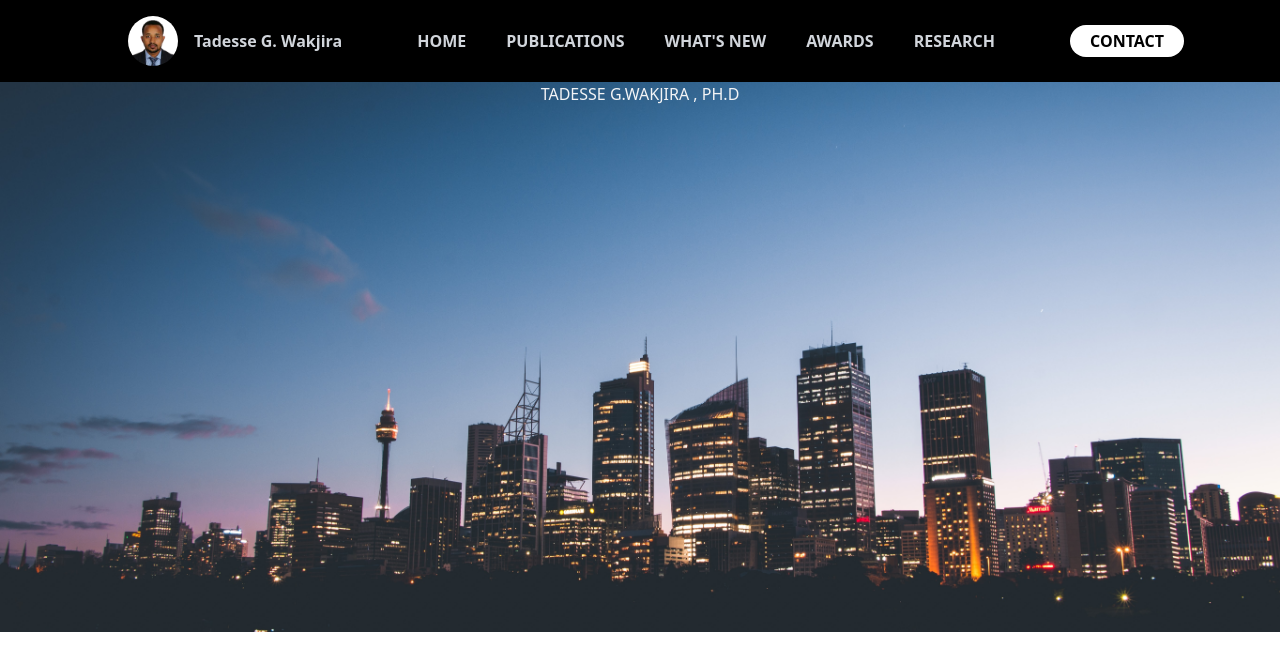
Repository: Elias-Kibret/Tade-portfoilo
Page: /
These files come from the project's save history. The page is drawn as it stood at one moment and after a run of saves; the edit follows.
The browser window is 1280 px wide. The pictures show the whole page.
The project was rebuilt for these pictures with package versions that can differ from the ones it lists, and the page was loaded fresh each time. The framework's server and built-in components were replaced by stand-ins that run in the browser. Also part of the build but not shown: next.config.js.

Above is the page before, as saved 2022-06-28 00:33:06.

### pages/index.tsx
import type { NextPage } from 'next'
import Head from 'next/head'
import Image from 'next/image'
import Header from '../components/Header'
import Hero from '../components/Hero'
const Home: NextPage = () => {
  return (
    <div>
      <Head>
        <title>Create Next App</title>
        <link rel="icon" href="/favicon.ico" />
      </Head>
      <Header/>
      <Hero/>
    </div>
  )
}

export default Home

### styles/globals.css
@tailwind base;
@tailwind components;
@tailwind utilities;

.hero{
    width:100%;
   height: 550px;
    background-image: url('../public/Img/BG.jpg');
    background-size: cover;
    background-position: center;

}

### components/Header.tsx
import Head from "next/head"
import Link from "next/link"
import Image from "next/image"
import Logo from '../public/Img/Tadesse.png'
const Header = () => {
  return (
<header className=" bg-black font-semibold  pl-32 py-4 text-gray-300  ">
   <div className="flex justify-between items-center">
      <div className="flex items-center space-x-4">
    <Image src={Logo}   className="rounded-full" width={50} height={50}/>
    <span>Tadesse G. Wakjira</span>
      </div>
      <div className="flex justify-between">
        <nav className="flex list-none space-x-10  hidden md:inline-flex text-black-200">
            <li >
                <Link href="">
                    <a> HOME</a>
                </Link>
            </li>
            <li>
                <Link href="">
                    <a> PUBLICATIONS <span></span></a>
                </Link>
            </li>
            <li>
                <Link href="">
                    <a> WHAT'S NEW</a>
                </Link>
            </li>
            <li>
                <Link href="">
                    <a> AWARDS</a>
                </Link>
            </li>
            <li>
                <Link href="">
                    <a> RESEARCH</a>
                </Link>
            </li>

        </nav>

      </div>
      <div className="mr-24 bg-white text-black px-5 py-1  rounded-full">
        <Link href=""  >
                    <a> CONTACT</a>
                </Link>
        </div>
    </div>
</header>
  )
}

export default Header

### components/Hero.tsx
import heroImage from '../public/Img/Hr.png'
import Image from 'next/image'
const Hero = () => {
  return (
<main  >
<div className='hero w'>

<div className='text-gray-100 flex justify-center items-center'>
  <h1></h1>
  <h2>TADESSE G.WAKJIRA , PH.D</h2>
</div>
</div>
</main>
  )
}

export default Hero

Loaded but not shown: pages/_app.tsx (common file); tailwind.config.js (common file)

After the next 2 saves:
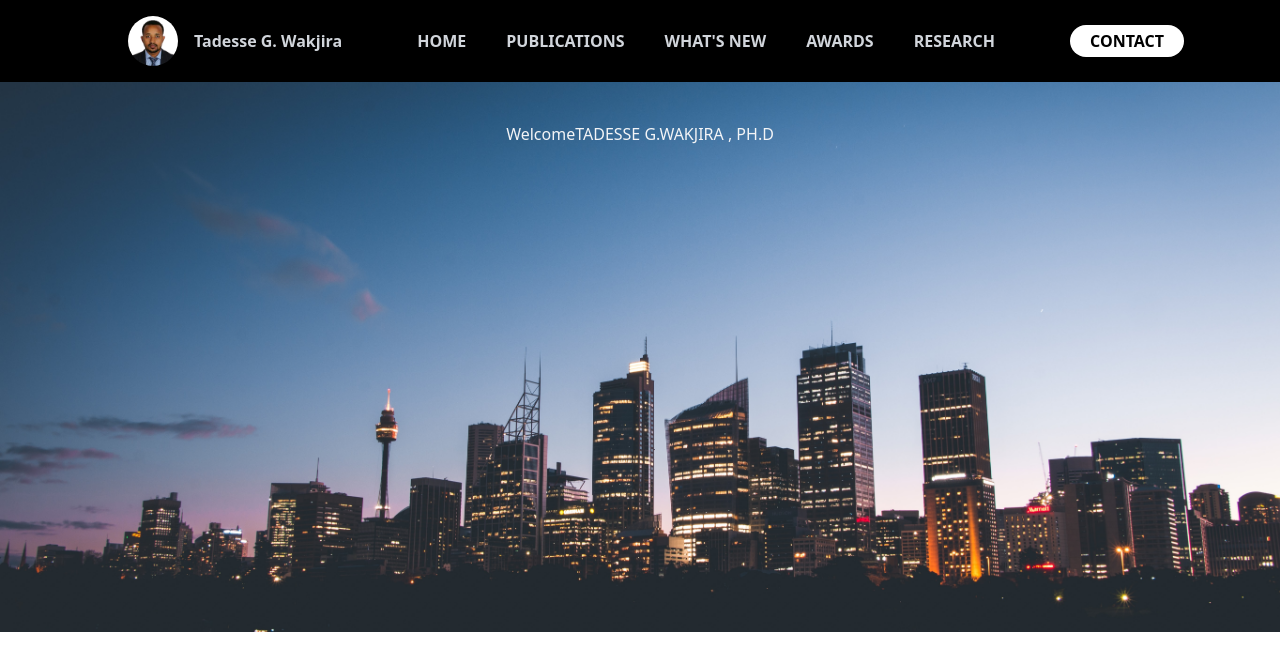
The 2 saves are shown as one change because they came seconds apart.
The last was saved 62 s later.
--- a/components/Hero.tsx
+++ b/components/Hero.tsx
@@ -3,10 +3,10 @@ import Image from 'next/image'
 const Hero = () => {
   return (
 <main  >
-<div className='hero w'>
+<div className='hero '>
 
-<div className='text-gray-100 flex justify-center items-center'>
-  <h1></h1>
+<div className='text-gray-100 flex py-10 justify-center items-center'>
+  <h1>Welcome</h1>
   <h2>TADESSE G.WAKJIRA , PH.D</h2>
 </div>
 </div>
